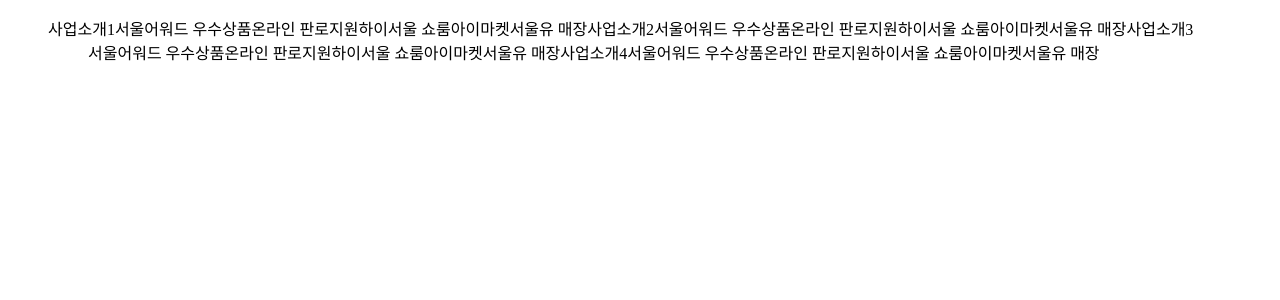
Repository: Ahn-jeong/javabasic
Page: 1.BasicJava/workspace/basic/WebContent/1024/각각메뉴슬라이드.html
An editor plug-in stored every save of this project. The page is shown before and after the next save, followed by the edit.
The browser window is 1280 px wide. The pictures show the whole page.

Above is the page before, as saved 2019-10-24 05:11:12.

### 1.BasicJava/workspace/basic/WebContent/1024/각각메뉴슬라이드.html
<!DOCTYPE html>
<html>
	<head>
		<meta charset="UTF-8">
		<title>각각 메뉴 슬라이드</title>
		<style>
			ul li{
				list-style: none;
			}
			a {
				text-decoration: none;
			}

			/*메뉴스타일*/
			.dropdown{
				position: relative;
			}
			.dropdown li {
				float : left;
			}

			/*서브메뉴 스타일*/
		</style>
	</head>
	<body>
		<nav>
			<ul class = "dropdown">
				<li>사업소개1</li>
				<ul class = "submenu">
					<li>서울어워드 우수상품</li>
					<li>온라인 판로지원</li>
					<li>하이서울 쇼룸</li>
					<li>아이마켓서울유 매장</li>
				</ul>
			</ul>
			<ul class = "dropdown">
				<li>사업소개2</li>
				<ul class = "submenu">
					<li>서울어워드 우수상품</li>
					<li>온라인 판로지원</li>
					<li>하이서울 쇼룸</li>
					<li>아이마켓서울유 매장</li>
				</ul>
			</ul>
			<ul class = "dropdown">
				<li>사업소개3</li>
				<ul class = "submenu">
					<li>서울어워드 우수상품</li>
					<li>온라인 판로지원</li>
					<li>하이서울 쇼룸</li>
					<li>아이마켓서울유 매장</li>
				</ul>
			</ul>
			<ul class = "dropdown">
				<li>사업소개4</li>
				<ul class = "submenu">
					<li>서울어워드 우수상품</li>
					<li>온라인 판로지원</li>
					<li>하이서울 쇼룸</li>
					<li>아이마켓서울유 매장</li>
				</ul>
			</ul>
		</nav>
	</body>
</html>

After the next save:
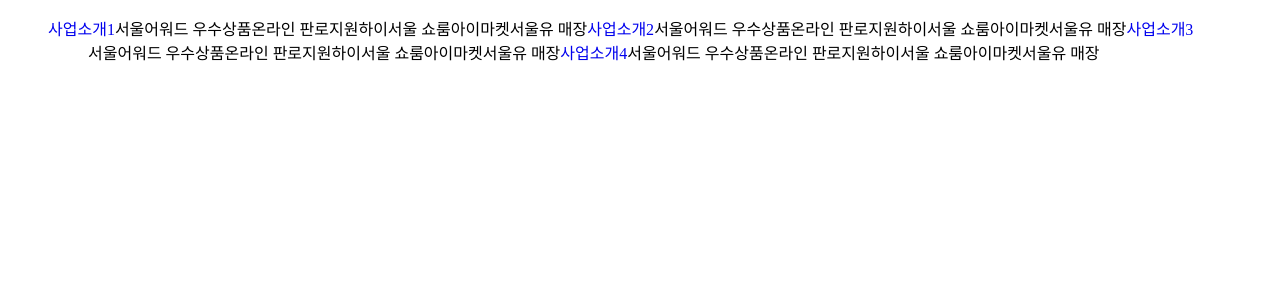
Saved 60 s later.
--- a/1.BasicJava/workspace/basic/WebContent/1024/각각메뉴슬라이드.html
+++ b/1.BasicJava/workspace/basic/WebContent/1024/각각메뉴슬라이드.html
@@ -25,7 +25,7 @@
 	<body>
 		<nav>
 			<ul class = "dropdown">
-				<li>사업소개1</li>
+				<li><a href = "#">사업소개1</a></li>
 				<ul class = "submenu">
 					<li>서울어워드 우수상품</li>
 					<li>온라인 판로지원</li>
@@ -34,7 +34,7 @@
 				</ul>
 			</ul>
 			<ul class = "dropdown">
-				<li>사업소개2</li>
+				<li><a href = "#">사업소개2</a></li>
 				<ul class = "submenu">
 					<li>서울어워드 우수상품</li>
 					<li>온라인 판로지원</li>
@@ -43,7 +43,7 @@
 				</ul>
 			</ul>
 			<ul class = "dropdown">
-				<li>사업소개3</li>
+				<li><a href = "#">사업소개3</a></li>
 				<ul class = "submenu">
 					<li>서울어워드 우수상품</li>
 					<li>온라인 판로지원</li>
@@ -52,7 +52,7 @@
 				</ul>
 			</ul>
 			<ul class = "dropdown">
-				<li>사업소개4</li>
+				<li><a href = "#">사업소개4</a></li>
 				<ul class = "submenu">
 					<li>서울어워드 우수상품</li>
 					<li>온라인 판로지원</li>
